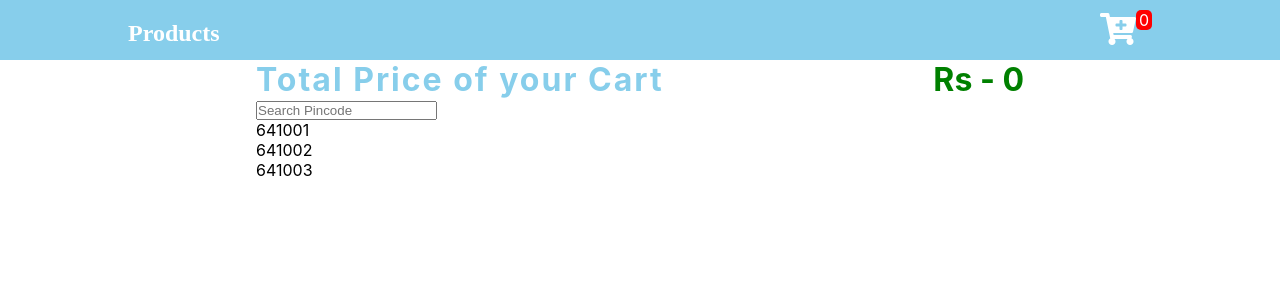
Repository: Imprasna/react-ecommerce
Page: /, after clicking the first element matching `div.cart`
The author's editor kept a copy of each file at every save. The page is drawn from the files as they stood at one save, then again after the next save.
The browser window is 1280 px wide. The pictures show the whole page.
Some web libraries are served in a nearby version. The project was rebuilt for these pictures with package versions that can differ from the ones it lists, and the page was loaded fresh each time.

Above is the page before, as saved 2022-06-14 21:12:33.

After the next save:
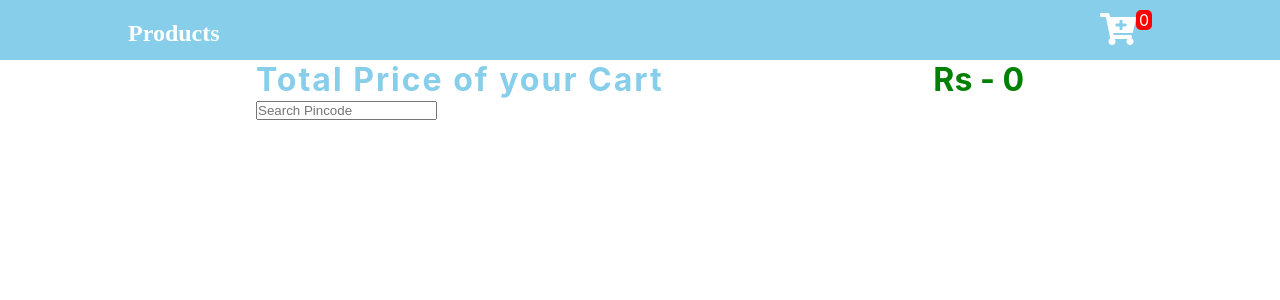
Saved 3 min 11 s later.
--- a/src/components/Cart.js
+++ b/src/components/Cart.js
@@ -64,7 +64,7 @@ const Cart = ({ cart, setCart, handleChange }) => {
         })
           .map((pin) =>
             (
-            <p onClick={() => handlePrice(setPrice(pin.charge))}> {pin.code} </p>
+            <p onClick={() => handlePrice(setPrice(pin.charge))}>  </p>
 
       ))}
           </div>
